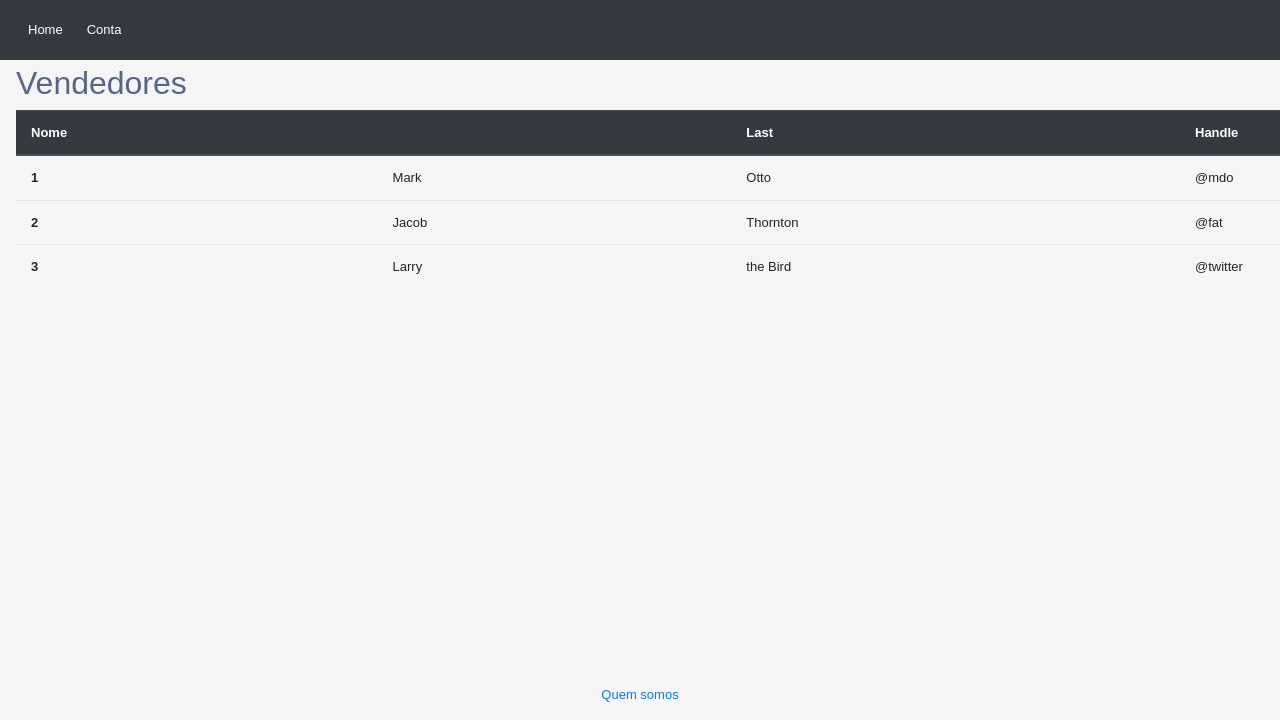
Repository: LAsant0s/Ldxps
Page: http://localhost/home
An editor plug-in stored every save of this project. The page is shown before and after the next save, followed by the edit.
The browser window is 1280 px wide. The pictures show the whole page.
Some web fonts or font styles are not loaded; a fallback is used. The page is this project's Thymeleaf template; nobody is signed in. The template is opened directly, without the code that normally fills it, so the values that code supplies are empty.

Above is the page before, as saved 2020-11-14 21:09:28.
Console error (its wording comes from the project's code and is left out).

### ldxps/src/main/resources/templates/home.html
<!DOCTYPE html>
<html xmlns:th="http://www.thymeleaf.org" th:include="fragments/layout :: layout">
	<div th:fragment="conteudo">

		<h2>Vendedores</h2>
		<table class="table">
		  <thead class="thead-dark">
		    <tr>
		      <th scope="col">Nome</th>
		      <th scope="col"></th>
		      <th scope="col">Last</th>
		      <th scope="col">Handle</th>
		    </tr>
		  </thead>
		  <tbody>
		    <tr>
		      <th scope="row">1</th>
		      <td>Mark</td>
		      <td>Otto</td>
		      <td>@mdo</td>
		    </tr>
		    <tr>
		      <th scope="row">2</th>
		      <td>Jacob</td>
		      <td>Thornton</td>
		      <td>@fat</td>
		    </tr>
		    <tr>
		      <th scope="row">3</th>
		      <td>Larry</td>
		      <td>the Bird</td>
		      <td>@twitter</td>
		    </tr>
		  </tbody>
		</table>

	</div>
</html>

### ldxps/src/main/resources/templates/fragments/layout.html
<html xmlns:th="http://www.thymeleaf.org" th:fragment="layout">
	<head>
	<!-- Required meta tags -->
	<meta charset="UTF-8">
	<meta name="viewport" content="width=device-width, initial-scale=1, shrink-to-fit=no">
	<!-- Bootstrap CSS -->
	<link rel="stylesheet" href="https://stackpath.bootstrapcdn.com/bootstrap/4.5.2/css/bootstrap.min.css">

	<link rel="stylesheet" href="https://fonts.googleapis.com/css?family=Roboto|Varela+Round">
	<link rel="stylesheet" href="https://fonts.googleapis.com/icon?family=Material+Icons">
	<link rel="stylesheet" href="https://maxcdn.bootstrapcdn.com/font-awesome/4.7.0/css/font-awesome.min.css">

	<link rel="stylesheet" href="css/estilos.css">

	<title>Ldxsp</title>
	</head>
	<body class="d-flex flex-column min-vh-100">

		<!-- Início do conteúdo da página -->
		<nav th:insert="fragments/fragmentos :: navbar"></nav>

		<main th:insert="this :: conteudo" class="ml-3"></main>

		<footer th:insert="fragments/fragmentos :: rodape" class="mt-auto mx-auto my-3"></footer>
		<!-- Fim do conteúdo da página -->


		<!-- Optional JavaScript -->
		<!-- jQuery first, then Popper.js, then Bootstrap JS -->
		<!-- <script src="https://code.jquery.com/jquery-3.5.1.slim.min.js"></script> -->
		<!-- <script src="https://cdn.jsdelivr.net/npm/popper.js@1.16.1/dist/umd/popper.min.js"></script> -->
		<!-- <script src="https://code.jquery.com/jquery-3.5.1.min.js"></script> -->
		<!-- <script src="https://cdn.jsdelivr.net/npm/popper.js@1.16.0/dist/umd/popper.min.js"></script> -->


		<script src="https://stackpath.bootstrapcdn.com/bootstrap/4.5.2/js/bootstrap.min.js"></script>
		<script src="https://stackpath.bootstrapcdn.com/bootstrap/4.5.0/js/bootstrap.min.js"></script>

	</body>

</html>

### ldxps/src/main/resources/templates/fragments/fragmentos.html
<!DOCTYPE html>
<html xmlns:th="http://www.thymeleaf.org">

<div th:fragment="navbar" class="navbar navbar-dark navbar-expand-md bg-dark mb-1">
	<button class="navbar-toggler" type="button" data-toggle="collapse" data-target="#navbarSupportedContent" aria-controls="navbarSupportedContent" aria-expanded="false" aria-label="Toggle navigation">
		<span class="navbar-toggler-icon "></span>
	</button>
	<div class="collapse navbar-collapse" id="navbarSupportedContent">
		<ul class="navbar-nav mr-auto">
				<li class="nav-item">
					<a class="nav-link text-white m-1" href="/">Home</a>
				</li>
				<li class="nav-item">
					<a class="nav-link text-white m-1" href="/crud-conta">Conta</a>
				</li>
			</ul>
	</div>
</div>

<div th:fragment="rodape">
	<a href="#">Quem somos</a>
</div>

</html>

### ldxps/src/main/resources/static/css/estilos.css
body {
	color: #566787;
	background: #f5f5f5;
	font-family: 'Varela Round', sans-serif;
	font-size: 13px;
}

.bg-selecionado {
	background-color: #ccc;
}

table.table tr th, table.table tr td {
	border-color: #e9e9e9;
	padding: 12px 15px;
	vertical-align: middle;
}

table.table tr th:last-child {
	width: 100px;
}


table.table td:last-child i {
	font-size: 22px;
	margin: 0 5px;
}

table.table td a.edit {
	color: #fa9a0c;
}

.cabecalho-tabela {
	display: flex;
	justify-content: space-between;
}

After the next save:
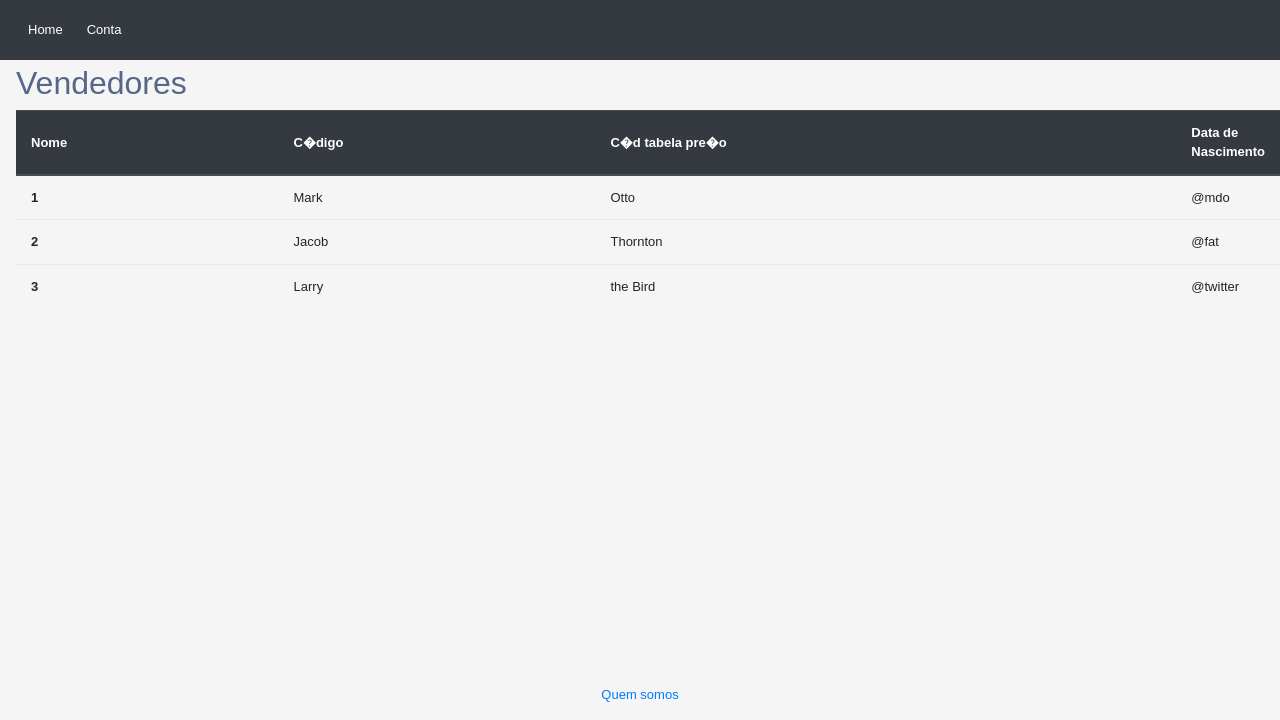
Saved 65 s later.
--- a/ldxps/src/main/resources/templates/home.html
+++ b/ldxps/src/main/resources/templates/home.html
@@ -7,9 +7,9 @@
 		  <thead class="thead-dark">
 		    <tr>
 		      <th scope="col">Nome</th>
-		      <th scope="col"></th>
-		      <th scope="col">Last</th>
-		      <th scope="col">Handle</th>
+		      <th scope="col">Código</th>
+		      <th scope="col">Cód tabela preço</th>
+		      <th scope="col">Data de Nascimento</th>
 		    </tr>
 		  </thead>
 		  <tbody>
